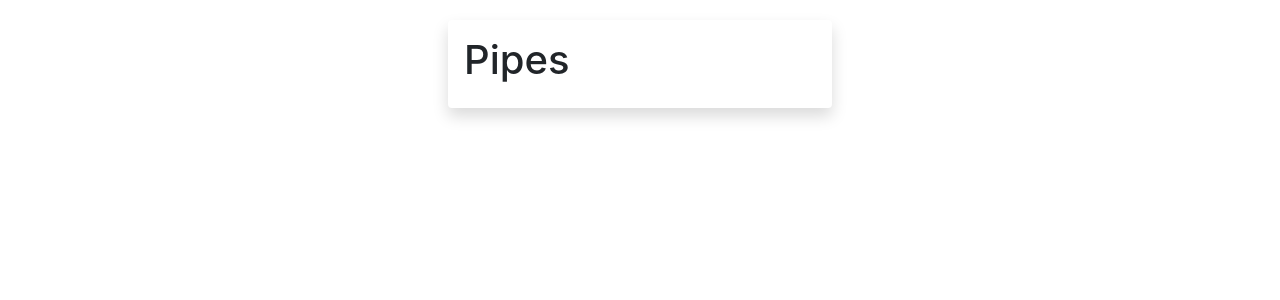
Repository: Evincars/udemy-angular
Page: / (app in pipes/)
The author's editor kept a copy of each file at every save. The page is drawn from the files as they stood at one save, then again after the next save.
The browser window is 1280 px wide. The pictures show the whole page.
The project was rebuilt for these pictures with package versions that can differ from the ones it lists, and the page was loaded fresh each time. Also part of the build but not shown: pipes/angular.json.

Above is the page before, as saved 2020-04-04 15:16:42.

After the next save:
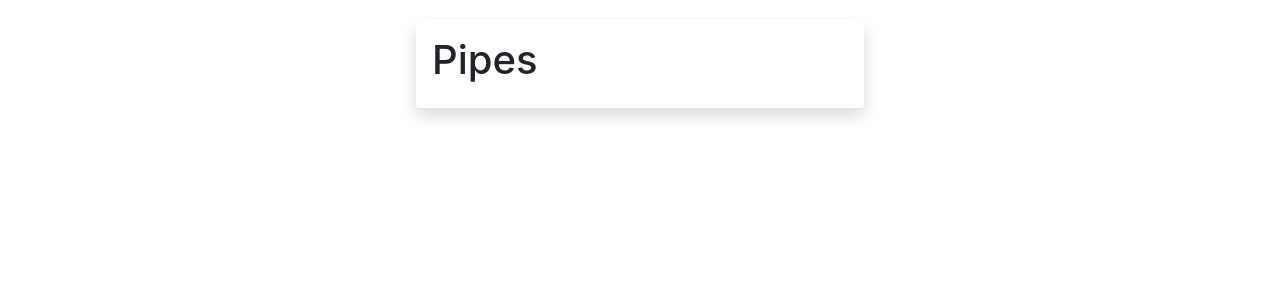
Saved 9 s later.
--- a/pipes/src/app/app.component.scss
+++ b/pipes/src/app/app.component.scss
@@ -1,4 +1,4 @@
 .container {
   margin-top: 20px;
-  width: 30%;
+  width: 35%;
 }
